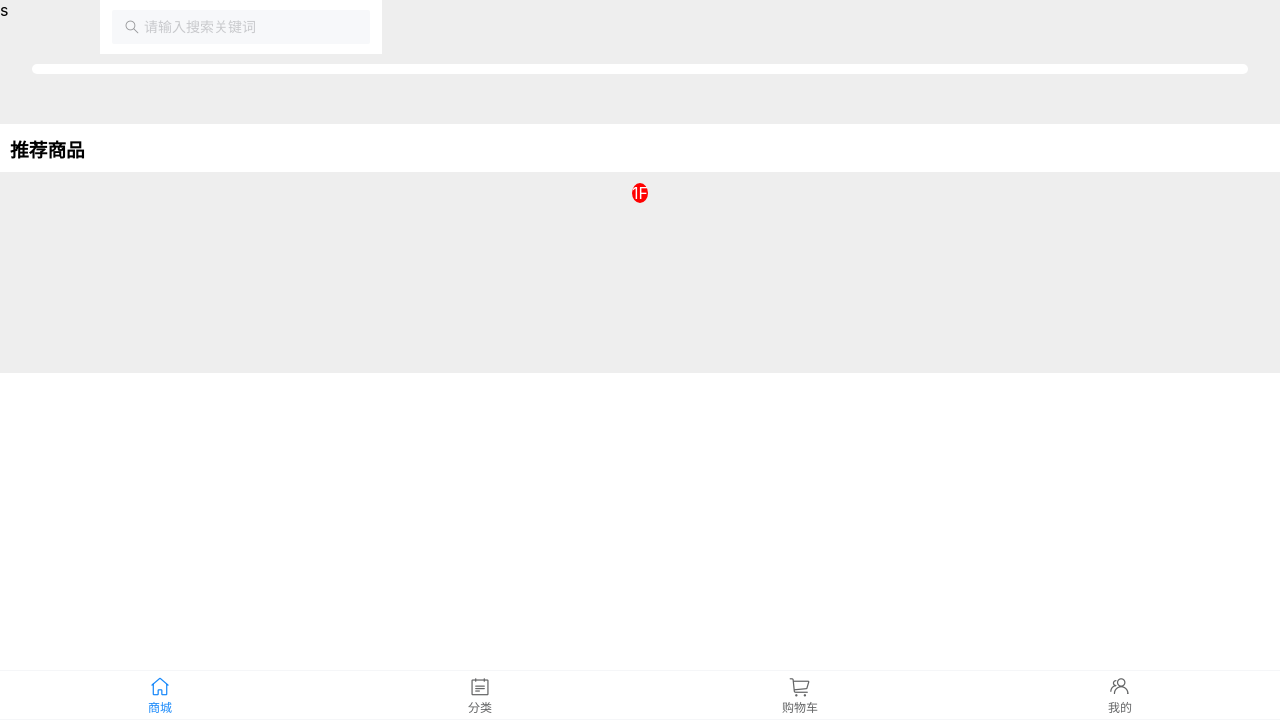
Repository: liuyangming111/mall
Page: /
The author's editor kept a copy of each file at every save. The page is drawn from the files as they stood at one save, then again after a run of saves.
The browser window is 1280 px wide. The pictures show the whole page.
The page's requests for data from a server got no answer. The project was rebuilt for these pictures with package versions that can differ from the ones it lists, and the page was loaded fresh each time. No one was signed in, and anything a server would have sent is missing. Also part of the build but not shown: vue.config.js.

Above is the page before, as saved 2020-07-21 18:46:27.

### src/main.js
import Vue from 'vue'
import App from './App.vue'
import router from './router'
import store from './store'
import api from './http/api'
import Vant from 'vant';
import 'vant/lib/index.css';


Vue.prototype.$api = api
Vue.use(Vant);
Vue.config.productionTip = false

new Vue({
  router,
  store,
  render: h => h(App)
}).$mount('#app')

### src/App.vue
<template>
  <div id="app">
    <router-view/>
  </div>
</template>

<style lang="scss">
*{
  margin: 0;
  padding: 0;
}
</style>

### src/router/index.js
import Vue from 'vue'
import VueRouter from 'vue-router'
import Home from '../views/Home.vue'

Vue.use(VueRouter)

  const routes = [
  {
    path: '',
    component: Home,
    children:[
      {
        path:'/',
        name:'mall',
        component:()=>import('../views/mall/mall.vue')
      },
      {
        path:'/classification',
        name:'classification',
        component:()=>import('../views/mall/classification.vue')
      },
      {
        path:'/Car',
        name:'Car',
        component:()=>import('../views/mall/Car.vue')
      },
      {
        path:'/my',
        name:'my',
        component:()=>import('../views/mall/my.vue')
      }
    ]
  },
  {
    path:'/login',
    name:'login',
    component:()=>import('../views/login/login.vue')
  }
]

const router = new VueRouter({
  mode: 'history',
  base: process.env.BASE_URL,
  routes
})
const originalPush = VueRouter.prototype.push
VueRouter.prototype.push = function push(location) {
  return originalPush.call(this, location).catch(err => err)
}

export default router

### src/http/api.js
import service from './index'

export default {
    //1:获取首页数据
    gethome_page() {
        return service.get('/recommend')
    },
    //2:搜索
    //参数: value: 搜索关键词
    postkey_word({ value }) {
        return service.post('/search', { value })
    },
    //3:分类查询
    //id:默认分类的id
    getclassification() {
        return service.get('/classification?mallSubId=${id}')
    },
    //4:查询获取购物车数据
    postcar_data() {
        return service.post('/getCard', {})
    },
    //5:购物车加减商品
    // count: 购物车数量
    // id: 商品id
    // mallPrice: 价格
    postcommodity({ count, id, mallPrice }) {
        return service.post('/editCart', { count, id, mallPrice })
    },
    //6:购物车商品删除
    //商品id(数组)
    postdelete({ id }) {
        return service.post('/deleteShop', { id })
    },
    //7:购物车支付页面
    // address:收货地址
    // tel:电话
    // orderId:所有商品的id(数组)
    // totalPrice:总价格
    // idDirect:用来判断是购物车结算还是直接购买(直接购买为true,购物车结算为false)
    // count:商品数量
    postpayment({ address, tel, orderId, totalPrice, idDirect, count }) {
        return service.post('/order', { address, tel, orderId, totalPrice, idDirect, count })
    },
    //8.单个商品详情
    //id:商品的id
    getdetails() {
        return service.get('/goods/one?id=${id}')
    },
    //9. 收藏单个商品
    //商品的详情信息(传商品对象)
    postcollection() {
        return service.post('/collection', {})
    },
    //10.取消收藏
    //id:商品的id
    postCollection({ id }) {
        return service.post('/cancelCollection', { id })
    },
    //11:查询商品是否已收藏
    //id:商品的id
    postCollections({ id }) {
        return service.post('/isCollection', { id })
    },
    //12. 加入购物车
    //id:商品的id
    postaddShop({ id }) {
        return service.post('/addShop', { id })
    },
    //13. 退出登录
    postloginOut() {
        return service.post('/loginOut', {})
    },
    //14. 获取用户信息
    postqueryUser() {
        return service.post('queryUser', {})
    },
    //15. 修改保存用户信息
    // gender: 性别
    // year: 年
    // month: 月
    // day: 日
    // id: 用户id
    // nickname: 昵称
    postsaveUser({ gender, year, month, day, id, nickname }) {
        return service.post('/saveUser', { gender, year, month, day, id, nickname })
    },
    //16. 商品评论
    // id: 商品cid
    // rate: 分数
    // content: 内容
    // anonymous: 是否匿名
    // _id: 商品的_id
    // order_id: 商品的order_id
    // image: []
    postcomment({ id, rate, content, anonymous, _id, order_id, image }) {
        return service.post('/goodsOne/comment', { id, rate, content, anonymous, _id, order_id, image })
    },
    //17. 获取登录注册默认验证码
    getverify() {
        return service.get('/verify')
    },
    //18. 查询用户收货地址
    getAddress() {
        return service.get('/getAddress')
    },
    //19. 查询默认收货地址
    getDefaultAddress() {
        return service.get('/getDefaultAddress')
    },
    //20. 设置默认收货地址
    //id: 地址id
    postsetDefaultAddress({ id }) {
        return service.post('setDefaultAddress', { id })
    },
    //21. 增加收货地址
    // name:用户名
    // tel:电话
    // address:(省+市+区+详情地址)
    // isDefault:是否默认
    // province:省
    // city:市
    // county:区
    // addressDetail:详情地址，
    // areaCode:地区代码
    // id:修改地址时候要传id
    postaddress({ name, tel, address, isDefault, province, city, county, addressDetail, areaCode, id }) {
        return service.post('/address', { name, tel, address, isDefault, province, city, county, addressDetail, areaCode, id })
    },
    //22. 删除地址
    //id:地址_id
    postdeleteAddress({ id }) {
        return service.post('/deleteAddress', { id })
    },
    //23. 注册
    // nickname: 用户名
    // password:密码
    // verify:验证码
    postregister({ nickname, password, verify }) {
        return service.post('/register', { nickname, password, verify })
    },
    //24. 登录
    // nickname: 用户名
    // password:密码
    // verify:验证码
    postlogin({ nickname, password, verify }) {
        return service.post('/login', { nickname, password, verify })
    },
    //25. 订单查询
    getMyOrder() {
        return service.get('/getMyOrder')
    },
    //26. 查询已评价
    getevaluate() {
        return service.get('/alreadyEvaluated')
    },
    //27. 查询未评价
    getevaluates() {
        return service.get('/tobeEvaluated')
    },
    //28. 查询单条评论
    //id:商品id
    //_id:数据库的那条id
    postevaluateOne({ id, _id }) {
        return service.post('/evaluateOne', { id, _id })
    }
}

### src/views/Home.vue
<template>
 <div>
    <div><router-view></router-view></div>
    <div><bottom></bottom></div>
 </div>
</template>

<script>
  import bottom from '../components/bottom'
 export default {
   name: '',
   props: {
   },
   components: {
     bottom
   },
   data () {
     return {

     }
   },
   methods: {

   },
   mounted() {

   },
   watch: {

   },
   computed: {

   }
 }
</script>

<style scoped lang='scss'>

</style>

### src/views/mall/mall.vue
<template>
  <div style="background-color: rgb(238,238,238)">
    <div class="top">
      <div class="city">s</div>
      <div>
        <van-search v-model="value" placeholder="请输入搜索关键词" />
      </div>
    </div>
    <van-swipe class="my-swipe" :autoplay="3000" indicator-color="white" v-if="slides.length>0">
      <van-swipe-item>
        <img :src="slides[0].image" alt />
      </van-swipe-item>
      <van-swipe-item>
        <img :src="slides[1].image" alt />
      </van-swipe-item>
      <van-swipe-item>
        <img :src="slides[2].image" alt />
      </van-swipe-item>
    </van-swipe>
    <div class="category">
      <div v-for="(item, index) in category" :key="index">
        <div>
          <img :src="item.image" />
        </div>
        <div>{{item.mallCategoryName}}</div>
      </div>
    </div>
    <div>
      <img :src="advertesPicture.PICTURE_ADDRESS" alt class="picture" />
    </div>
    <br />
    <div class="recommends">
      <h3 style="margin:10px">推荐商品</h3>
      <div class="recommend" ref="container">
          <div class="recommend_1">
            <div v-for="(item, index) in recommend" :key="index">
              <div>
                <img :src="item.image" alt />
              </div>
              <div class="center">{{item.goodsName}}</div>
              <div style="margin:6px">
                <span>￥{{item.mallPrice}}</span>
                <span class="original_price">
                  <s>￥{{item.price}}</s>
                </span>
              </div>
              <div class="details">
                <div>
                  <van-icon name="cart" />
                </div>
                <div>查看详情</div>
              </div>
            </div>
        </div>
      </div>
    </div>
    <malll></malll>
  </div>
</template>

<script>
import { Toast } from "vant";
import BScroll from "better-scroll";
import malll from "../../components/mall/malll";
export default {
  name: "",
  props: {},
  components: {
    malll
  },
  data() {
    return {
      value: "",
      category: [],
      slides: [],
      advertesPicture: "",
      recommend: ""
    };
  },
  methods: {
    getData() {
      this.$api
        .gethome_page()
        .then(res => {
          this.category = res.data.category;
          // console.log(this.category);
          this.slides = res.data.slides;
          // console.log(this.slides)
          this.advertesPicture = res.data.advertesPicture;
          // console.log(this.advertesPicture)
          this.recommend = res.data.recommend;
          // console.log(this.recommend)
          // console.log(res)
        })
        .catch(err => {
          console.log(err);
        });
    }
  },
  mounted() {
    this.getData();
    new BScroll(this.$refs.container,{
    scrollX: true,
    click: true
    })
  },
  watch: {},
  computed: {}
};
</script>

<style scoped>
.top {
  display: flex;
}
.my-swipe .van-swipe-item {
  color: #fff;
  font-size: 20px;
  line-height: 150px;
  text-align: center;
  width: 100%;
  height: 160px;
}
.my-swipe img {
  width: 100%;
}
.category {
  width: 95%;
  margin: 10px auto;
  background-color: white;
  font-size: 14px;
  padding-bottom: 10px;
  border-radius: 10px;
  display: flex;
  justify-content: space-evenly;
}
.category img {
  width: 55px;
  margin-top: 10px;
}
.city {
  width: 100px;
}
.picture {
  width: 100%;
}
.recommends {
  background-color: white;
  border-top: 1px solid white;
}
.recommend_1 {
  display: flex;
  display: flex;
  flex: 1;
  border-top: 1px solid #eee;
}
.recommend_1 > div {
  border: 1px solid #eee;
}
.recommend_1 img {
  width: 125px;
}
.original_price {
  color: #999;
}
.details {
  display: flex;
  height: 30px;
  width: 110px;
  background-color: red;
  border-radius: 10px;
  margin: 10px auto;
}
.details div:nth-child(1) {
  background-color: olive;
  color: white;
  text-align: center;
  line-height: 34px;
  font-size: 20px;
  width: 40px;
  border-radius: 10px 0 0 10px;
}
.details div:nth-child(2) {
  margin-left: 10px;
  font-size: 12px;
  line-height: 30px;
  color: white;
}
.center {
  font-size: 14px;
  width: 125px;
  overflow: hidden;
  text-overflow: ellipsis;
  white-space: nowrap;
}
.recommend {
  display: flex;
  overflow: hidden;
  background-color: #fff;
}
</style>

### src/http/index.js
import axios from 'axios'
const service = axios.create({
    baseURL: '/api',
    timeout: 5000
})

service.interceptors.response.use((res) => {
    return res.data
}, err => {
    console.log(err)
})

export default service

### src/components/bottom.vue
<template>
  <div>
    <van-tabbar v-model="active">
      <van-tabbar-item icon="wap-home-o" @click="mall">商城</van-tabbar-item>
      <van-tabbar-item icon="notes-o" @click="classification">分类</van-tabbar-item>
      <van-tabbar-item icon="shopping-cart-o" @click="Car">购物车</van-tabbar-item>
      <van-tabbar-item icon="friends-o" @click="my">我的</van-tabbar-item>
    </van-tabbar>
  </div>
</template>

<script>
export default {
  name: "",
  props: {},
  components: {},
  data() {
    return {
        active: 0,
    };
  },
  methods: {
    mall(){
      this.$router.push('/')
    },
    classification(){
      this.$router.push('/classification')
    },
    Car(){
      this.$router.push('/Car')
    },
    my(){
      this.$router.push('/my')
    }
  },
  mounted() {},
  watch: {},
  computed: {}
};
</script>

<style scoped lang='scss'>
</style>

### src/components/mall/malll.vue
<template>
  <div>
    <div class="floor1"><span class="floor1_1">1F</span>{{floorName.floor1}}</div>
    <br/>
    <br/>
    <br/>
    <br/>
    <br/>
    <br/>
    <br/>
    <br/>
  </div>
</template>

<script>
export default {
  name: "",
  props: {},
  components: {},
  data() {
    return {
        floorName:'',
        floor1:[]
    };
  },
  methods: {
    getData() {
      this.$api.gethome_page()
        .then(res => {
            this.floorName=res.data.floorName
            // console.log(this.floorName)
            this.floor1=res.data.floor1
            console.log(this.floor1)
          console.log(res);
        })
        .catch(err => {
          console.log(err);
        });
    }
  },
  mounted() {
    this.getData();
  },
  watch: {},
  computed: {}
};
</script>

<style scoped>
.floor1{
    color: red;
    text-align: center;
    margin: 10px 0;
}
.floor1_1{
    border-radius: 50%;
    background-color: red;
    color: white;
}
</style>

Loaded but not shown: public/index.html (common file); src/store/index.js (common file)

After the next 2 saves:
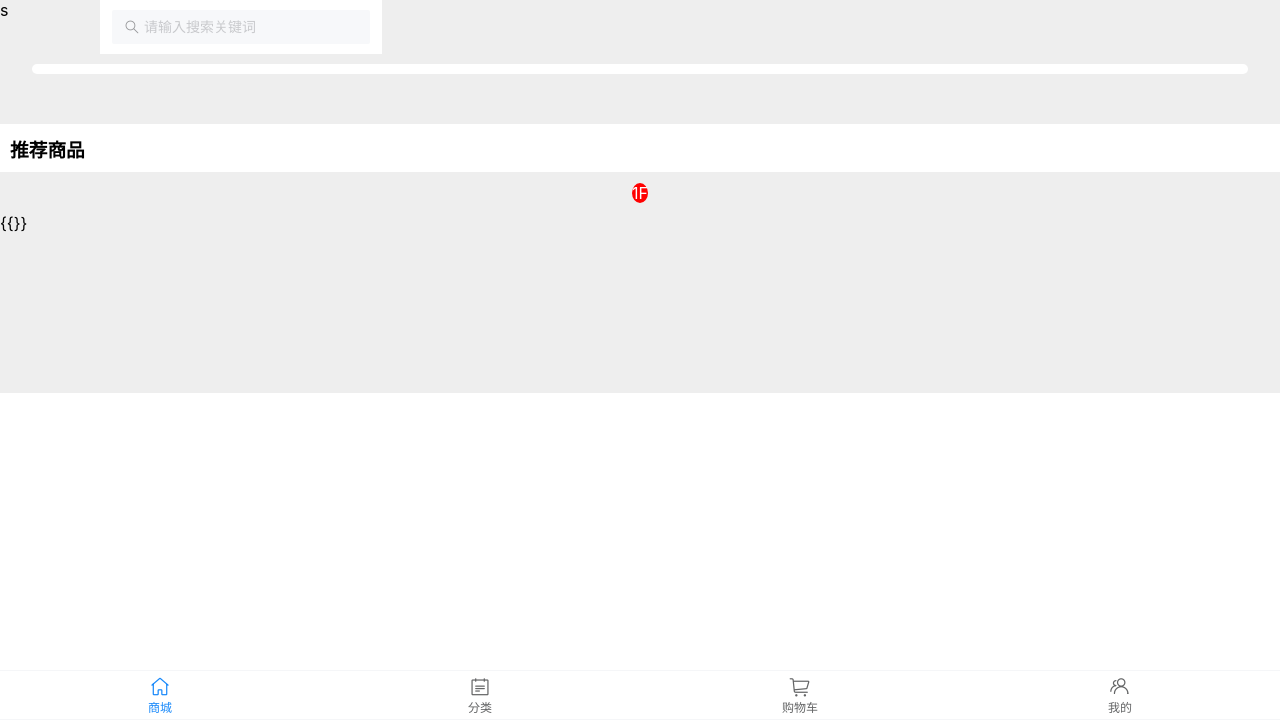
The 2 saves are shown as one change because they came seconds apart.
The last was saved 110 s later.
--- a/src/components/mall/malll.vue
+++ b/src/components/mall/malll.vue
@@ -1,6 +1,7 @@
 <template>
   <div>
     <div class="floor1"><span class="floor1_1">1F</span>{{floorName.floor1}}</div>
+    <div>{{}}</div>
     <br/>
     <br/>
     <br/>

After the 6 saves that followed:
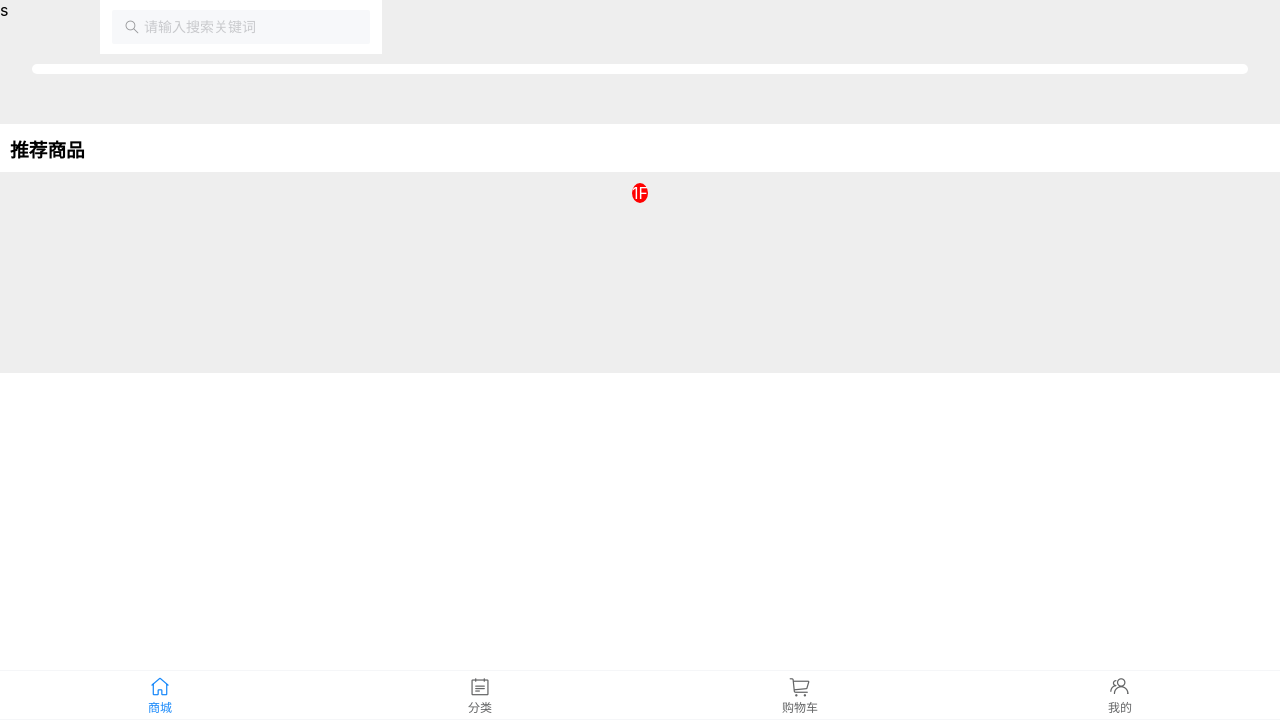
The 6 saves are shown as one change because they came seconds apart.
The last was saved 24 s later.
--- a/src/components/mall/malll.vue
+++ b/src/components/mall/malll.vue
@@ -1,7 +1,9 @@
 <template>
   <div>
     <div class="floor1"><span class="floor1_1">1F</span>{{floorName.floor1}}</div>
-    <div>{{}}</div>
+    <div>
+        <div v-for=""></div>
+    </div>
     <br/>
     <br/>
     <br/>
